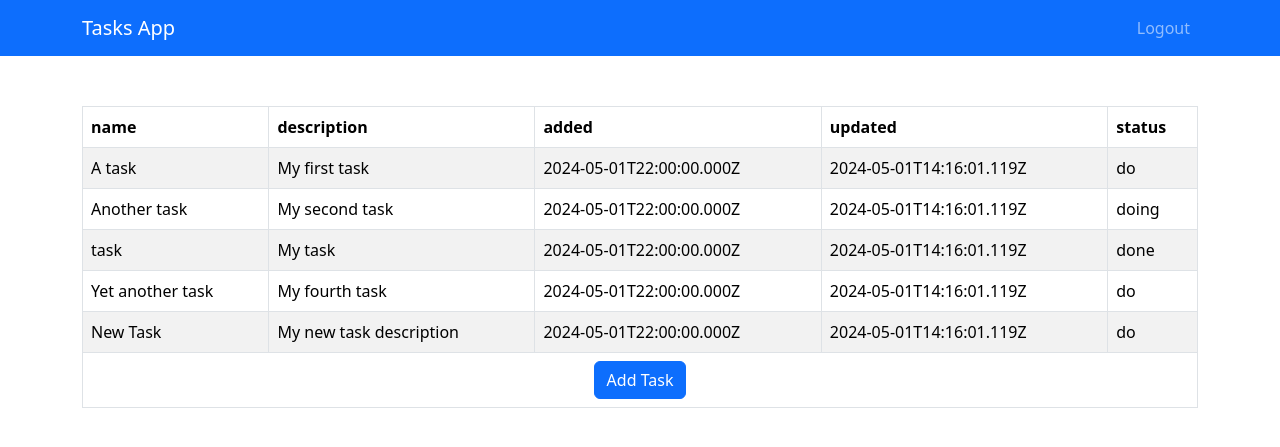
Repository: trider/react-task-manager
Page: /#/tasks
These files come from the project's save history. The page is drawn as it stood at one moment and after the next save; the edit follows.
The browser window is 1280 px wide. The pictures show the whole page.
The project was rebuilt for these pictures with package versions that can differ from the ones it lists, and the page was loaded fresh each time. Also part of the build but not shown: src/App.css, src/data/_Users.js, src/pages/Login.js.

Above is the page before, as saved 2024-05-06 15:15:54.

### src/App.js
// import logo from './logo.svg';
import './App.css';
import 'bootstrap/dist/css/bootstrap.min.css';
// import { BrowserRouter, Routes, Route } from "react-router-dom";
import {HashRouter as Router, Routes, Route} from "react-router-dom";
import LoginForm from "./pages/Login";
import TaskList from "./pages/Task";

// const path = process.env.REACT_APP_FOR_PATH;

function App() {
  return (
    <div>
      <Router baseline="/">
        <Routes>
          <Route index element={<LoginForm />} />
            <Route path="login" element={<LoginForm />} />
            <Route path="tasks" element={<TaskList />} />
        </Routes>
      </Router>
    </div>
  );
}

export default App;

### src/pages/Task.js
import * as React from 'react';
import Table from 'react-bootstrap/Table';
import Container from 'react-bootstrap/Container';
import Example from '../components/Modal';
import userTasks from '../data/_Tasks';
import tableCols from '../data/_Cols';
import NavbarComponent from '../components/Navigation';



const TaskTable = () => {
  return (
    <div>
      <Table striped bordered hover size="lg">
      <thead>
        <tr>
          {tableCols.map((col) => (
            <th key={col}>{col}</th>
          ))}
        </tr>
      </thead>
      <tbody>
        {userTasks.map((task) => (
          <tr key={task.id}>
            {tableCols.map((col) => (
              <td key={col}>{task[col]}</td>
            ))}
          </tr>
        ))}

      </tbody>
      <tfoot>
        <tr>
          <td colSpan={tableCols.length}>
          <div className="d-grid gap-2 d-md-flex justify-content-md-center">
            <Example />
           </div>
          </td>
        </tr>
      </tfoot>
    </Table>




    </div>
  );
}


const TaskList = () => {
  return (
    <div>

    <NavbarComponent />
    <Container style={{marginTop:"50px"}}>
      <TaskTable />
    </Container>
    </div>
  );
}

export default TaskList;

### src/components/Modal.js
import { useState } from 'react';
import Button from 'react-bootstrap/Button';
import Modal from 'react-bootstrap/Modal';

function Example() {
  const [show, setShow] = useState(false);

  const handleClose = () => setShow(false);
  const handleShow = () => setShow(true);
  const Title = "Add Task";
  return (
    <div>
      <Button variant="primary" onClick={handleShow}>
        {Title}
      </Button>

      <Modal show={show} onHide={handleClose}>
        <Modal.Header closeButton>
          <Modal.Title>{Title}</Modal.Title>
        </Modal.Header>
        <Modal.Body>
          Woohoo, you are reading this text in a modal!
          <div className='bg-primary text-light text-center' style={{ marginTop: '10px'}}>
          <Button  variant="primary" onClick={handleClose} size='sm'>
            Submit
          </Button>


          </div>


          </Modal.Body>
        {/* <Modal.Footer>


        <div className='bg-primary text-light text-center' >
          <Button  variant="primary" onClick={handleClose}>
            Submit
          </Button>
          </div>
        </Modal.Footer> */}
      </Modal>
    </div>
  );
}

export default Example;

### src/data/_Tasks.js
const userTasks= [
 {
   id: "6630ab326e723ac1ea6dce7a",
   description: "My first task",
   name: "A task",
   taskId: 1,
   user: "jonnygold",
   added: "2024-05-01T22:00:00.000Z",
   updated: "2024-05-01T14:16:01.119Z",
   status: "do",
   isActive: true
 },
 {
   id: "6630fe5d6e723ac1ea6dce7e",
   description: "My second task",
   name: "Another task",
   taskId: 2,
   user: "jonnygold",
   added: "2024-05-01T22:00:00.000Z",
   updated:"2024-05-01T14:16:01.119Z",
   status: "doing",
   isActive: true
 },
 {
   id: "6630fe826e723ac1ea6dce7f",
   description: "My task",
   name: "task",
   taskId: 3,
   user: "jonnygold",
   added: "2024-05-01T22:00:00.000Z",
   updated:"2024-05-01T14:16:01.119Z",
   status: "done",
   isActive: true
 },
 {
   id: "6631f17cc4c9b7f5ab3c28c3",
   name: "Yet another task",
   description: "My fourth task",
   user: "jonnygold",
   taskId: 4,
   added: "2024-05-01T22:00:00.000Z",
   updated:"2024-05-01T14:16:01.119Z",
   isActive: true,
   status: "do",

 },
 {
   id: "66323f0d54b80929f84ebdd2",
   user: "jonnygold",
   name: "New Task",
   description: "My new task description",
   status: "do",
   taskId: 5,
   added: "2024-05-01T22:00:00.000Z",
   updated:"2024-05-01T14:16:01.119Z",
   isActive: true,
 }

]

export default userTasks

### src/data/_Cols.js
const tableCols = [
 'name',
 'description',
 'added',
 'updated',
 'status',
];

export default tableCols

### src/components/Navigation.js
import * as React from 'react';
import Container from 'react-bootstrap/Container';
import Nav from 'react-bootstrap/Nav';
import Navbar from 'react-bootstrap/Navbar';






const NavbarComponent = () => {
  return (
    <Navbar bg="primary" expand="lg" data-bs-theme="dark">
      <Container>
        <Navbar.Brand href="#home">Tasks App</Navbar.Brand>
        <Navbar.Toggle aria-controls="basic-navbar-nav" />
        <Navbar.Collapse id="basic-navbar-nav">
          <Nav className="me-auto" >
          </Nav>
          <Nav>
            <Nav.Link href="/login">Logout</Nav.Link>
          </Nav>
        </Navbar.Collapse>
      </Container>
    </Navbar>
  );
}



export default NavbarComponent;

Loaded but not shown: public/index.html (common file); src/index.js (common file); src/index.css (common file); src/reportWebVitals.js (common file)

After the next save:
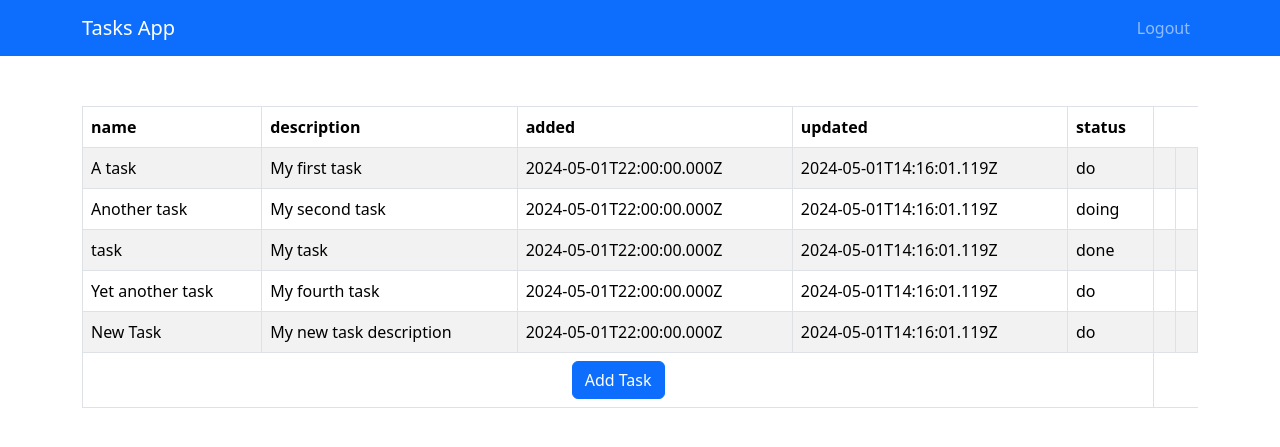
Saved 65 s later.
--- a/src/pages/Task.js
+++ b/src/pages/Task.js
@@ -25,6 +25,8 @@ const TaskTable = () => {
             {tableCols.map((col) => (
               <td key={col}>{task[col]}</td>
             ))}
+            <td></td>
+            <td></td>
           </tr>
         ))}
 
